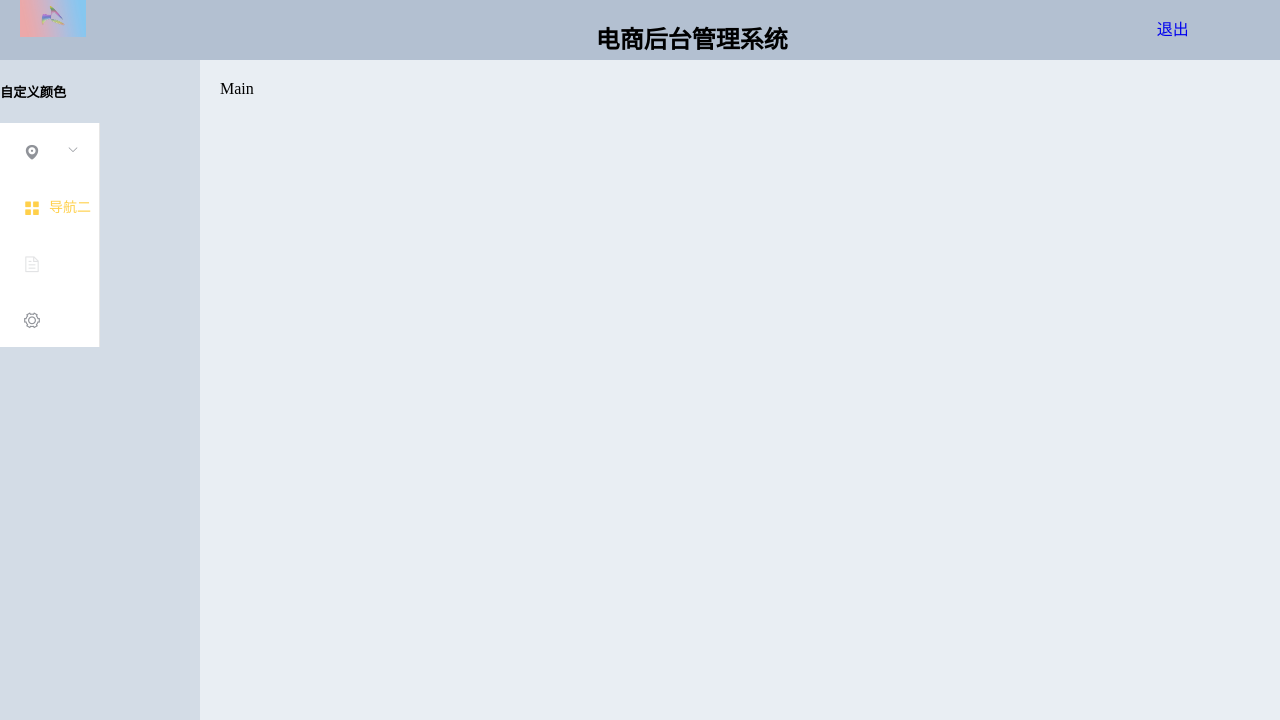
Repository: StenphonCook/mallmanger_my
Page: /
These files come from the project's save history. The page is drawn as it stood at one moment and after the next save; the edit follows.
The browser window is 1280 px wide. The pictures show the whole page.
The project was rebuilt for these pictures with package versions that can differ from the ones it lists, and the page was loaded fresh each time. Also part of the build but not shown: src/components/login/login.vue.

Above is the page before, as saved 2022-05-18 22:24:50.

### index.html
<!DOCTYPE html>
<html>
  <head>
    <meta charset="utf-8">
    <meta name="viewport" content="width=device-width,initial-scale=1.0">
    <title>mallmanager_my</title>
  </head>
  <body>
    <div id="app"></div>
    <!-- built files will be auto injected -->
  </body>
</html>

### src/main.js
// The Vue build version to load with the `import` command
// (runtime-only or standalone) has been set in webpack.base.conf with an alias.
import Vue from 'vue'
import App from './App'
import router from './router'
import MyHttpServe from '@/plugins/http';
import ElementUI from 'element-ui';
import 'element-ui/lib/theme-chalk/index.css';
import '@/assets/css/reset.css'


Vue.use(ElementUI);
Vue.use(MyHttpServe)

Vue.config.productionTip = false

/* eslint-disable no-new */
new Vue({
    el: '#app',
    router,
    // render:(h)=>h{App}下方代码等价写法，
    components: { App },
    template: '<App/>'
})

### src/App.vue
<template>
  <div id="app">
    <router-view/>
  </div>
</template>

<script>
export default {
  name: 'App'
}
</script>

<style>
  #app{
    height: 100%;
  }
</style>

### src/router/index.js
import Vue from 'vue'
import Router from 'vue-router'
import Login from '@/components/login/login.vue'
import Home from '@/components/home/home.vue'
Vue.use(Router)

export default new Router({
    routes: [{
            name: 'login',
            path: '/login',
            component: Login
        },

        {
            name: 'home',
            path: '/',
            component: Home
        }
    ]
})

### src/plugins/http.js
//插件模块

import axios from "axios";
const MyHttpServe = {}

MyHttpServe.install = (Vue) => {
    // 设置基准接口
    axios.defaults.baseURL = 'http://127.0.0.1:8888/api/private/v1/'
        // 4. 添加实例方法
    Vue.prototype.$http = axios
}

export default MyHttpServe

### src/assets/css/reset.css
html,
body {
    height: 100%;
    padding: 0;
    margin: 0;
}

### src/components/home/home.vue
<template>
    <el-container class="container">
        <el-header class="header">
            <el-row>
                <el-col :span="4">
                <div class="grid-content bg-purple">
                    <img src="../../assets/logo.jpg" width="32%" alt="无法显示图片">
                </div>
                </el-col>
                <el-col :span="18" class="middle">
                    <h2>电商后台管理系统</h2>
                </el-col>
                <el-col :span="2">
                <div class="grid-content bg-purple">
                    <a class="loginOut" href="#">退出</a>
                </div>
                </el-col>
            </el-row>
        </el-header>
        <el-container>
            <el-aside class="aside" width="200px">
                  <el-col :span="12">
                    <h5>自定义颜色</h5>
                    <el-menu
                    default-active="2"
                    class="el-menu-vertical-demo"
                    @open="handleOpen"
                    @close="handleClose"
                    text-color="#fff"
                    active-text-color="#ffd04b">
                    <el-submenu index="1">
                        <template slot="title">
                        <i class="el-icon-location"></i>
                        <span>导航一</span>
                        </template>
                        <el-menu-item-group>
                        <template slot="title">分组一</template>
                        <el-menu-item index="1-1">选项1</el-menu-item>
                        <el-menu-item index="1-2">选项2</el-menu-item>
                        </el-menu-item-group>
                        <el-menu-item-group title="分组2">
                        <el-menu-item index="1-3">选项3</el-menu-item>
                        </el-menu-item-group>
                        <el-submenu index="1-4">
                        <template slot="title">选项4</template>
                        <el-menu-item index="1-4-1">选项1</el-menu-item>
                        </el-submenu>
                    </el-submenu>
                    <el-menu-item index="2">
                        <i class="el-icon-menu"></i>
                        <span slot="title">导航二</span>
                    </el-menu-item>
                    <el-menu-item index="3" disabled>
                        <i class="el-icon-document"></i>
                        <span slot="title">导航三</span>
                    </el-menu-item>
                    <el-menu-item index="4">
                        <i class="el-icon-setting"></i>
                        <span slot="title">导航四</span>
                    </el-menu-item>
                    </el-menu>
                </el-col>
            </el-aside>
            <el-main class="main">Main</el-main>
        </el-container>
    </el-container>
</template>

<script>
    export default {
        name:'Home'
    }
</script>

<style>
    .container{
        height: 100%;
    }
    .header{
        background-color: #b3c0d1;
    }
    .aside{
        background-color: #d3dce6;
    }
    .main{
        background-color: #e9eef3;
        height: 100%;
    }
    /* 头部样式 */
    .middle{
        text-align: center;
    }
    .loginOut{
        text-decoration: none;
        line-height: 60px;
    }
</style>

After the next save:
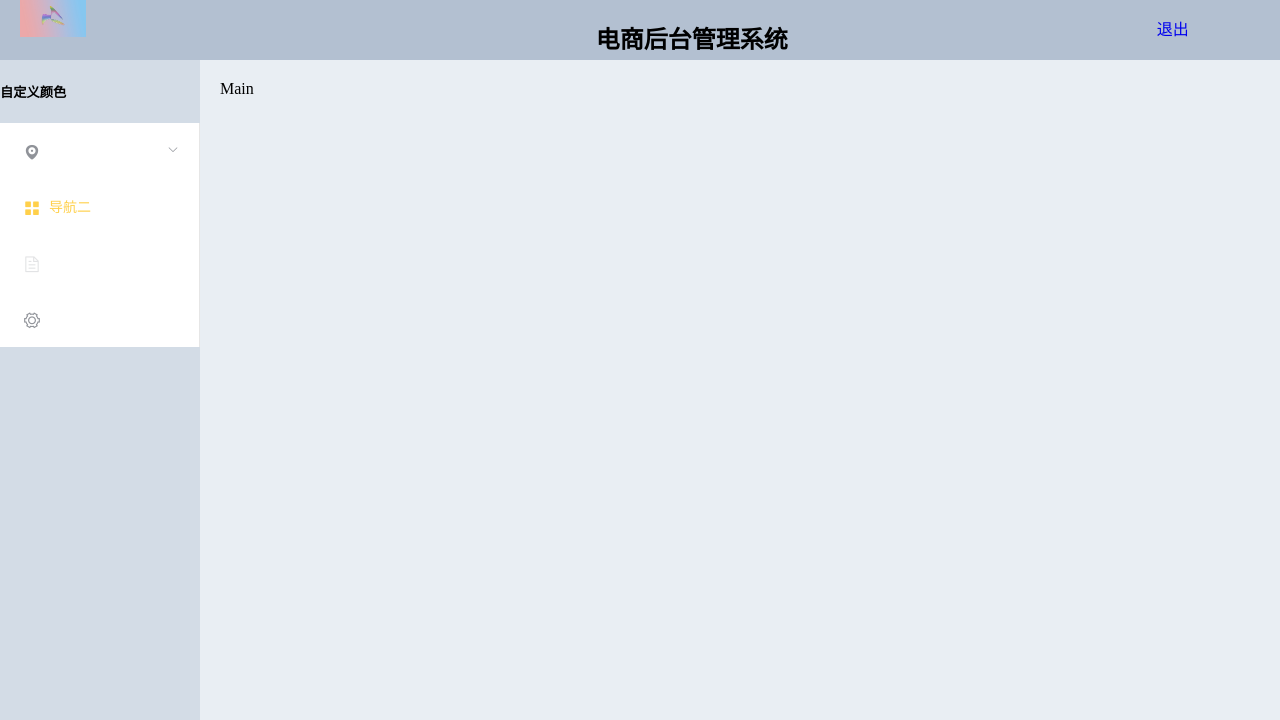
Saved 15 s later.
--- a/src/components/home/home.vue
+++ b/src/components/home/home.vue
@@ -19,7 +19,7 @@
         </el-header>
         <el-container>
             <el-aside class="aside" width="200px">
-                  <el-col :span="12">
+                  <el-col  :span="24">
                     <h5>自定义颜色</h5>
                     <el-menu
                     default-active="2"
